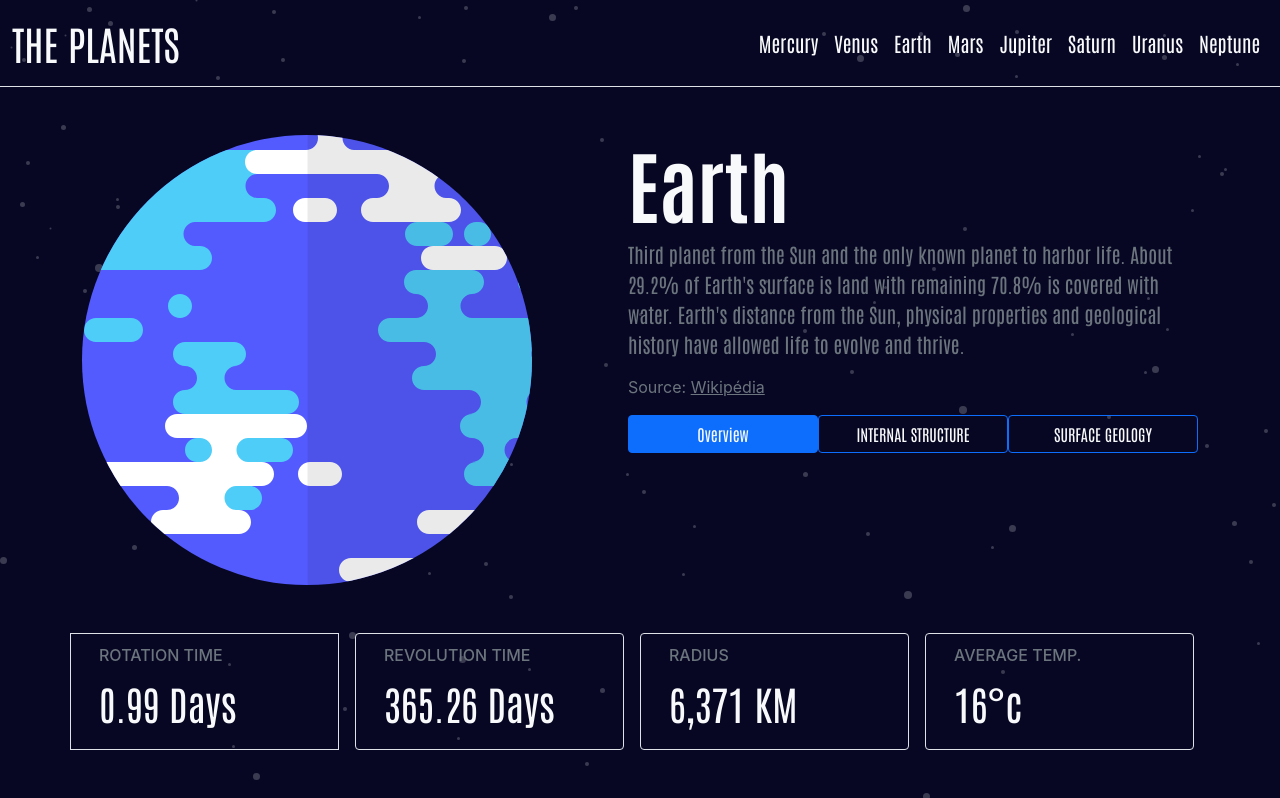
Repository: andre06x/the-planets
Page: /
These files come from the project's save history. The page is drawn as it stood at one moment and after the next save; the edit follows.
The browser window is 1280 px wide. The pictures show the whole page.
The project was rebuilt for these pictures with package versions that can differ from the ones it lists, and the page was loaded fresh each time.

Above is the page before, as saved 2021-10-19 16:30:02.

### public/index.html
<!DOCTYPE html>
<html lang="en">

<head>
  <meta charset="utf-8" />
  <link rel="icon" href="%PUBLIC_URL%/favicon.ico" />
  <meta name="viewport" content="width=device-width, initial-scale=1" />
  <meta name="theme-color" content="#000000" />
  <link rel="preconnect" href="https://fonts.googleapis.com">
  <link rel="preconnect" href="https://fonts.gstatic.com" crossorigin>
  <link href="https://fonts.googleapis.com/css2?family=Antonio:wght@400;500;600;700&display=swap" rel="stylesheet">
  <meta name="description" content="Web site created using create-react-app" />
  <link rel="apple-touch-icon" href="%PUBLIC_URL%/logo192.png" />
  <link rel="manifest" href="%PUBLIC_URL%/manifest.json" />
  <link rel="stylesheet" href="%PUBLIC_URL%/bootstrap-5.1.3-dist/css/bootstrap.min.css">
  <title>React App</title>
</head>

<body>
  <noscript>You need to enable JavaScript to run this app.</noscript>
  <div id="root"></div>
  <script src="./bootstrap-5.1.3-dist/js/bootstrap.min.js"></script>
</body>

</html>

### src/index.js
import React from 'react';
import ReactDOM from 'react-dom';
import App from './App';
import reportWebVitals from './reportWebVitals';
import Global from './styles/global';

ReactDOM.render(
  <React.StrictMode>
    <Global />
    <App />
  </React.StrictMode>,
  document.getElementById('root')
);

// If you want to start measuring performance in your app, pass a function
// to log results (for example: reportWebVitals(console.log))
// or send to an analytics endpoint. Learn more: https://bit.ly/CRA-vitals
reportWebVitals();

### src/App.js
import logo from './logo.svg';
// import './App.css';
import Header from './components/Header';
import Container from './components/Container';

function App() {
  return (
    <div className="App">
      <Header />
      <Container />
    </div>
  );
}

export default App;

### src/styles/global.js
import { createGlobalStyle } from 'styled-components';
import img from '../background-stars.svg';

export default createGlobalStyle`
  body {
    background-image: url(${img});
    background-color: #070724;
    background-repeat: repeat;
  margin: 0;
  font-family: -apple-system, BlinkMacSystemFont, 'Segoe UI', 'Roboto', 'Oxygen',
    'Ubuntu', 'Cantarell', 'Fira Sans', 'Droid Sans', 'Helvetica Neue',
    sans-serif;
  -webkit-font-smoothing: antialiased;
  -moz-osx-font-smoothing: grayscale;
}

code {
  font-family: source-code-pro, Menlo, Monaco, Consolas, 'Courier New',
    monospace;
}
`;

### src/components/Header.js
import React, { useEffect } from 'react';
import data from '../data.json';
import { usePlanet } from '../zustand';

const Header = () => {
  const planetSetar = usePlanet(state => state.nomePlanet);
  const planet = usePlanet(state => state.planet);

  useEffect(() => {
    console.log(planet)
  }, [planet])

  return (
    <nav class="navbar navbar-expand-lg navbar-dark bg-transparent border-bottom border-muted ">
      <div class="container-fluid d-flex justify-content-between">
        <a class="navbar-brand fs-1 text-light font-antonio" href="#">THE PLANETS</a>
        <button class="navbar-toggler text-light" type="button" data-bs-toggle="collapse" data-bs-target="#navbarSupportedContent" aria-controls="navbarSupportedContent" aria-expanded="false" aria-label="Toggle navigation">
          <span class="navbar-toggler-icon text-light"></span>
        </button>
        <div class="collapse navbar-collapse justify-content-end" id="navbarSupportedContent">
          <div>
            <ul class="navbar-nav me-auto mb-2 mb-lg-0">
              {
                data.map(d => (
                  <li class="nav-item">
                    <a
                      class="nav-link active text-light fs-5 font-antonio"
                      aria-current="page"
                      href="#"
                      onClick={() => planetSetar(d.name)}
                    >
                      {d.name}
                    </a>
                  </li>
                ))
              }
            </ul>
          </div>
        </div>
      </div>
    </nav>
  )
}



export default Header

### src/components/Container.js
import React, { useEffect, useState } from 'react';
// import earth from '../assets/planet-earth.svg';
import data from '../data.json';
import { usePlanet } from '../zustand';

const Container = () => {
  const [selectBox, setSelectBox] = useState(1);
  const planet = usePlanet(state => state.planet);
  // const [planet, setPlanet] = useState('Earth');
  const [text, setText] = useState(data.filter(d => d.name === planet)[0].overview);
  const [imagee, setImagee] = useState('assets/planet-earth.svg');
  const [dataPlanet, setDataPlanet] = useState(['']);



  const op = [
    { id: 1, titulo: 'Overview' },
    { id: 2, titulo: 'INTERNAL STRUCTURE' },
    { id: 3, titulo: 'SURFACE GEOLOGY' },
  ]

  function buttonChange(o) {
    setSelectBox(o.id);

    if (o.id === 1) {
      setText(data.filter(d => d.name === planet)[0].overview);
      setImagee(data.filter(d => d.name === planet)[0].images.planet);
    }

    if (o.id === 2) {
      setText(data.filter(d => d.name === planet)[0].structure);
      setImagee(data.filter(d => d.name === planet)[0].images.internal);

    }

    if (o.id === 3) {
      setText(data.filter(d => d.name === planet)[0].geology);
      setImagee(data.filter(d => d.name === planet)[0].images.geology);

    }

  }

  useEffect(() => {
    setDataPlanet(data.filter(d => d.name === planet)[0]);
    setImagee(data.filter(d => d.name === planet)[0].images.planet);
    setText(data.filter(d => d.name === planet)[0].overview);
    setSelectBox(1);

  }, [planet]);
  return (
    <div className="container mt-md-5">
      <div className="d-flex flex-column">
        <div className="d-flex flex-md-row flex-column-reverse justify-content-between">
          <div className="me-5">
            <img src={imagee} alt="" />
          </div>
          <div className="ms-md-5 d-flex flex-md-column flex-column-reverse">
            <h1 className="display-1 text-light font-antonio fw-bold">
              {planet}
            </h1>
            <p className="lead text-muted font-antonio">
              {text.content}
            </p>
            <span className="text-secondary">
              Source: <a href="" className="text-secondary"> Wikipédia</a>
            </span>

            <div className="d-flex md-flex-column mt-md-3 font-antonio fw-bold">
              {op.map(o => (
                <button
                  className={`btn text-light btn-outline-primary mb-3 col-4${selectBox === o.id ? ' btn-primary' : ''}`}
                  onClick={() => buttonChange(o)}
                >
                  {o.titulo}
                </button>
              ))}
            </div>
          </div>
        </div>
      </div>
      <div className="row mt-5 mb-5">
        <div class="col me-3 bg-transparent border">
          <div class="card-body">
            <h6 class="card-subtitle mb-2 text-muted">
              ROTATION TIME
            </h6>
            <p class="card-text text-light font-antonio fs-1">
              {dataPlanet.rotation}
            </p>
          </div>
        </div>
        <div class="card col me-3 bg-transparent border">
          <div class="card-body">
            <h6 class="card-subtitle mb-2 text-muted">
              REVOLUTION TIME
            </h6>
            <p class="card-text text-light font-antonio fs-1">
              {dataPlanet.revolution}
            </p>
          </div>
        </div>
        <div class="card col me-3 bg-transparent border">
          <div class="card-body">
            <h6 class="card-subtitle mb-2 text-muted">
              RADIUS
            </h6>
            <p class="card-text text-light font-antonio fs-1">
              {dataPlanet.radius}
            </p>
          </div>
        </div>
        <div class="card col me-3 bg-transparent border">
          <div class="card-body">
            <h6 class="card-subtitle mb-2 text-muted">
              AVERAGE TEMP.
            </h6>
            <p class="card-text text-light font-antonio fs-1">
              {dataPlanet.temperature}
            </p>
          </div>
        </div>
      </div>
    </div>
  )
}

export default Container;

### src/data.json
[
  {
    "name": "Mercury",
    "overview": {
      "content": "Mercury is the smallest planet in the Solar System and the closest to the Sun. Its orbit around the Sun takes 87.97 Earth days, the shortest of all the Sun's planets. Mercury is one of four terrestrial planets in the Solar System, and is a rocky body like Earth.",
      "source": "https://en.wikipedia.org/wiki/Mercury_(planet)"
    },
    "structure": {
      "content": "Mercury appears to have a solid silicate crust and mantle overlying a solid, iron sulfide outer core layer, a deeper liquid core layer, and a solid inner core. The planet's density is the second highest in the Solar System at 5.427 g/cm3 , only slightly less than Earth's density.",
      "source": "https://en.wikipedia.org/wiki/Mercury_(planet)#Internal_structure"
    },
    "geology": {
      "content": "Mercury's surface is similar in appearance to that of the Moon, showing extensive mare-like plains and heavy cratering, indicating that it has been geologically inactive for billions of years. It is more heterogeneous than either Mars's or the Moon’s.",
      "source": "https://en.wikipedia.org/wiki/Mercury_(planet)#Surface_geology"
    },
    "rotation": "58.6 Days",
    "revolution": "87.97 Days",
    "radius": "2,439.7 KM",
    "temperature": "430°c",
    "images": {
      "planet": "assets/planet-mercury.svg",
      "internal": "assets/planet-mercury-internal.svg",
      "geology": "assets/geology-mercury.png"
    }
  },
  {
    "name": "Venus",
    "overview": {
      "content": "Venus is the second planet from the Sun. It is named after the Roman goddess of love and beauty. As the brightest natural object in Earth's night sky after the Moon, Venus can cast shadows and can be, on rare occasions, visible to the naked eye in broad daylight.",
      "source": "https://en.wikipedia.org/wiki/Venus"
    },
    "structure": {
      "content": "The similarity in size and density between Venus and Earth suggests they share a similar internal structure: a core, mantle, and crust. Like that of Earth, Venusian core is most likely at least partially liquid because the two planets have been cooling at about the same rate.",
      "source": "https://en.wikipedia.org/wiki/Venus#Internal_structure"
    },
    "geology": {
      "content": "Much of the Venusian surface appears to have been shaped by volcanic activity. Venus has several times as many volcanoes as Earth, and it has 167 large volcanoes that are over 100 km (60 mi) across. The only volcanic complex of this size on Earth is the Big Island of Hawaii.",
      "source": "https://en.wikipedia.org/wiki/Venus#Surface_geology"
    },
    "rotation": "243 Days",
    "revolution": "224.7 Days",
    "radius": "6,051.8 KM",
    "temperature": "471°c",
    "images": {
      "planet": "assets/planet-venus.svg",
      "internal": "assets/planet-venus-internal.svg",
      "geology": "assets/geology-venus.png"
    }
  },
  {
    "name": "Earth",
    "overview": {
      "content": "Third planet from the Sun and the only known planet to harbor life. About 29.2% of Earth's surface is land with remaining 70.8% is covered with water. Earth's distance from the Sun, physical properties and geological history have allowed life to evolve and thrive.",
      "source": "https://en.wikipedia.org/wiki/Earth"
    },
    "structure": {
      "content": "Earth's interior, like that of the other terrestrial planets, is divided into layers by their chemical or physical (rheological) properties. The outer layer is a chemically distinct silicate solid crust, which is underlain by a highly viscous solid mantle.",
      "source": "https://en.wikipedia.org/wiki/Earth#Internal_structure"
    },
    "geology": {
      "content": "The total surface area of Earth is about 510 million km2. The continental crust consists of lower density material such as the igneous rocks granite and andesite. Less common is basalt, a denser volcanic rock that is the primary constituent of the ocean floors.",
      "source": "https://en.wikipedia.org/wiki/Earth#Surface"
    },
    "rotation": "0.99 Days",
    "revolution": "365.26 Days",
    "radius": "6,371 KM",
    "temperature": "16°c",
    "images": {
      "planet": "assets/planet-earth.svg",
      "internal": "assets/planet-earth-internal.svg",
      "geology": "assets/geology-earth.png"
    }
  },
  {
    "name": "Mars",
    "overview": {
      "content": "Mars is the fourth planet from the Sun and the second-smallest planet in the Solar System, being larger than only Mercury. In English, Mars carries the name of the Roman god of war and is often referred to as the \"Red Planet\".",
      "source": "https://en.wikipedia.org/wiki/Mars"
    },
    "structure": {
      "content": "Like Earth, Mars has differentiated into a dense metallic core overlaid by less dense materials. Scientists initially determined that the core is at least partially liquid. Current models of its interior imply a core consisting primarily of iron and nickel with about 16–17% sulfur.",
      "source": "https://en.wikipedia.org/wiki/Mars#Internal_structure"
    },
    "geology": {
      "content": "Mars is a terrestrial planet whose surface consists of minerals containing silicon and oxygen, metals, and other elements that typically make up rock. The surface is primarily composed of tholeiitic basalt, although parts are more silica-rich than typical basalt.",
      "source": "https://en.wikipedia.org/wiki/Mars#Surface_geology"
    },
    "rotation": "1.03 Days",
    "revolution": "1.88 Years",
    "radius": "3,389.5 KM",
    "temperature": "-28°c",
    "images": {
      "planet": "assets/planet-mars.svg",
      "internal": "assets/planet-mars-internal.svg",
      "geology": "assets/geology-mars.png"
    }
  },
  {
    "name": "Jupiter",
    "overview": {
      "content": "Jupiter is the fifth planet from the Sun and the largest in the Solar System. It is a gas giant with a mass two and a half times that of all the other planets in the Solar System combined, but less than one-thousandth the mass of the Sun.",
      "source": "https://en.wikipedia.org/wiki/Jupiter"
    },
    "structure": {
      "content": "When the Juno arrived in 2016, it found that Jupiter has a very diffuse core that mixes into its mantle. A possible cause is an impact from a planet of about ten Earth masses a few million years after Jupiter's formation, which would have disrupted an originally solid Jovian core.",
      "source": "https://en.wikipedia.org/wiki/Jupiter#Internal_structure"
    },
    "geology": {
      "content": "The best known feature of Jupiter is the Great Red Spot, a persistent anticyclonic storm located 22° south of the equator. It is known to have existed since at least 1831, and possibly since 1665.",
      "source": "https://en.wikipedia.org/wiki/Jupiter#Great_Red_Spot_and_other_vortices"
    },
    "rotation": "9.93 Hours",
    "revolution": "11.86 Years",
    "radius": "69,911 KM",
    "temperature": "-108°c",
    "images": {
      "planet": "assets/planet-jupiter.svg",
      "internal": "assets/planet-jupiter-internal.svg",
      "geology": "assets/geology-jupiter.png"
    }
  },
  {
    "name": "Saturn",
    "overview": {
      "content": "Saturn is the sixth planet from the Sun and the second-largest in the Solar System, after Jupiter. It is a gas giant with an average radius of about nine and a half times that of Earth. It only has one-eighth the average density of Earth.",
      "source": "https://en.wikipedia.org/wiki/Saturn"
    },
    "structure": {
      "content": "Despite consisting mostly of hydrogen and helium, most of Saturn's mass is not in the gas phase, because hydrogen becomes a non-ideal liquid when the density is above 0.01 g/cm3, which is reached at a radius containing 99.9% of Saturn's mass.",
      "source": "https://en.wikipedia.org/wiki/Saturn#Internal_structure"
    },
    "geology": {
      "content": "The outer atmosphere of Saturn contains 96.3% molecular hydrogen and 3.25% helium by volume. The planet's most famous feature is its prominent ring system, which is composed mostly of ice particles with a smaller amount of rocky debris and dust.",
      "source": "https://en.wikipedia.org/wiki/Saturn#Atmosphere"
    },
    "rotation": "10.8 Hours",
    "revolution": "29.46 Years",
    "radius": "58,232 KM",
    "temperature": "-138°c",
    "images": {
      "planet": "assets/planet-saturn.svg",
      "internal": "assets/planet-saturn-internal.svg",
      "geology": "assets/geology-saturn.png"
    }
  },
  {
    "name": "Uranus",
    "overview": {
      "content": "Uranus is the seventh planet from the Sun. Its name is a reference to the Greek god of the sky, Uranus according to Greek mythology, was the great-grandfather of Ares. It has the third-largest planetary radius and fourth-largest planetary mass in the Solar System.",
      "source": "https://en.wikipedia.org/wiki/Uranus"
    },
    "structure": {
      "content": "The standard model of Uranus's structure is that it consists of three layers: a rocky (silicate/iron–nickel) core in the centre, an icy mantle in the middle and an outer gaseous hydrogen/helium envelope. The core is relatively small, with a mass of only 0.55 Earth masses.",
      "source": "https://en.wikipedia.org/wiki/Uranus#Internal_structure"
    },
    "geology": {
      "content": "The composition of Uranus's atmosphere is different from its bulk, consisting mainly of molecular hydrogen and helium. The helium molar fraction, i.e. the number of helium atoms per molecule of gas, is 0.15±0.03 in the upper troposphere.",
      "source": "https://en.wikipedia.org/wiki/Uranus#Atmosphere"
    },
    "rotation": "17.2 Hours",
    "revolution": "84 Years",
    "radius": "25,362 KM",
    "temperature": "-195°c",
    "images": {
      "planet": "assets/planet-uranus.svg",
      "internal": "assets/planet-uranus-internal.svg",
      "geology": "assets/geology-uranus.png"
    }
  },
  {
    "name": "Neptune",
    "overview": {
      "content": "Neptune is the eighth and farthest-known Solar planet from the Sun. In the Solar System, it is the fourth-largest planet by diameter, the third-most-massive planet, and the densest giant planet. It is 17 times the mass of Earth, more massive than its near-twin Uranus.",
      "source": "https://en.wikipedia.org/wiki/Neptune"
    },
    "structure": {
      "content": "Neptune's internal structure resembles that of Uranus. Its atmosphere forms about 5% to 10% of its mass and extends perhaps 10% to 20% of the way towards the core. Increasing concentrations of methane, ammonia and water are found in the lower regions.",
      "source": "https://en.wikipedia.org/wiki/Neptune#Internal_structure"
    },
    "geology": {
      "content": "Neptune's atmosphere is 80% hydrogen and 19% helium. A trace amount of methane is also present. Prominent absorption bands of methane exist at wavelengths above 600 nm, in the red and infrared portion of the spectrum.",
      "source": "https://en.wikipedia.org/wiki/Neptune#Atmosphere"
    },
    "rotation": "16.08 Hours",
    "revolution": "164.79 Years",
    "radius": "24,622 KM",
    "temperature": "-201°c",
    "images": {
      "planet": "assets/planet-neptune.svg",
      "internal": "assets/planet-neptune-internal.svg",
      "geology": "assets/geology-neptune.png"
    }
  }
]

### src/zustand/index.js
import create from 'zustand';

const usePlanet = create(set => ({
  planet: 'Earth',
  nomePlanet: (namePlanet) => set(state => ({ planet: namePlanet}))
}))

export { usePlanet }

Loaded but not shown: src/reportWebVitals.js (common file); public/bootstrap-5.1.3-dist/css/bootstrap.min.css (library); public/bootstrap-5.1.3-dist/js/bootstrap.min.js (library)

After the next save:
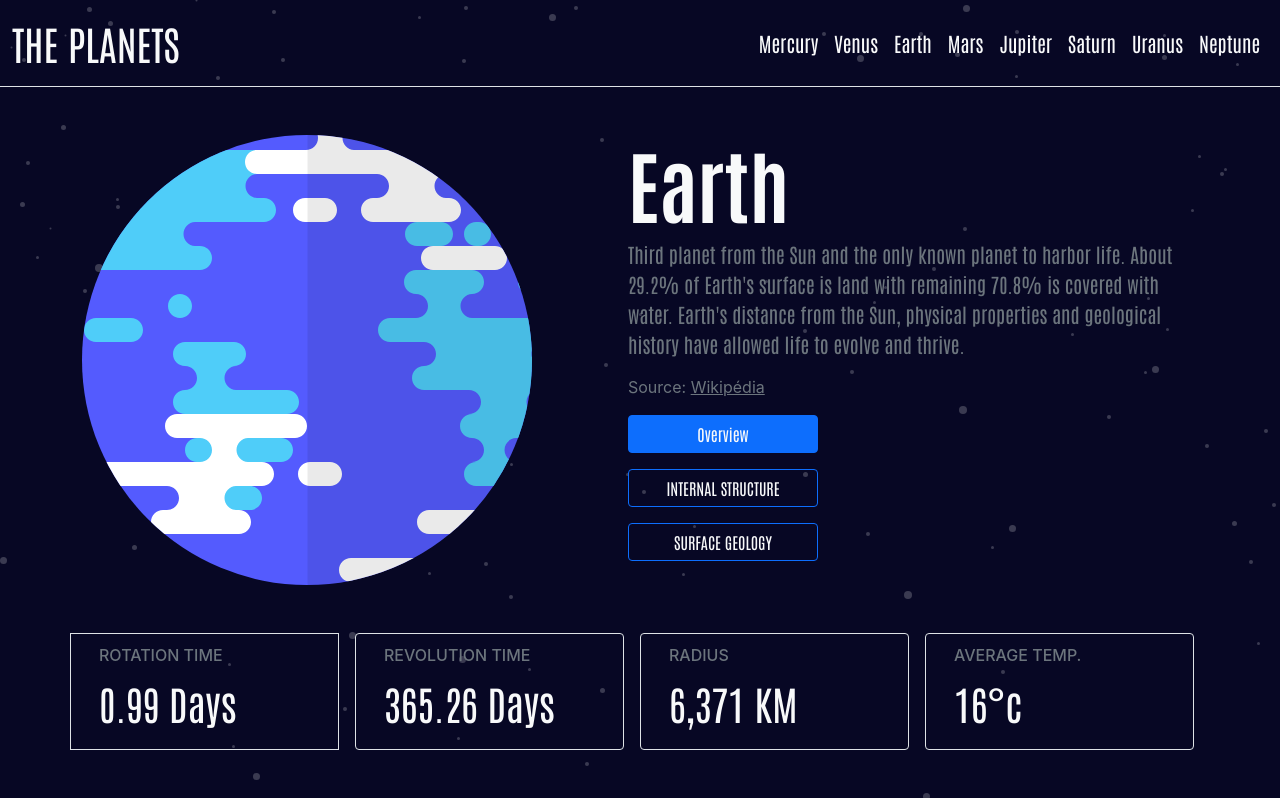
Saved 31 s later.
--- a/src/components/Container.js
+++ b/src/components/Container.js
@@ -66,7 +66,7 @@ const Container = () => {
               Source: <a href="" className="text-secondary"> Wikipédia</a>
             </span>
 
-            <div className="d-flex md-flex-column mt-md-3 font-antonio fw-bold">
+            <div className="d-flex flex-md-column mt-md-3 font-antonio fw-bold">
               {op.map(o => (
                 <button
                   className={`btn text-light btn-outline-primary mb-3 col-4${selectBox === o.id ? ' btn-primary' : ''}`}
